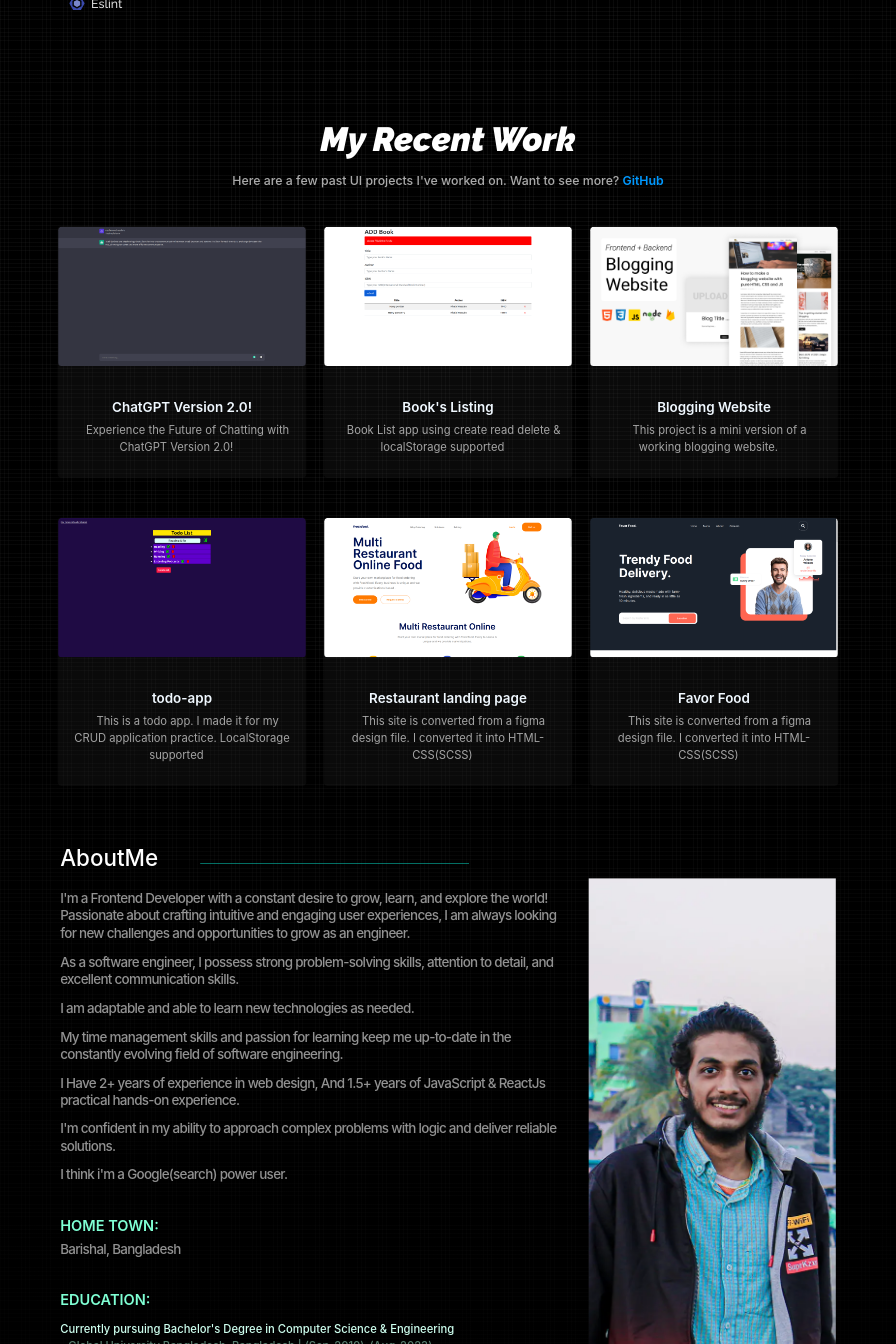
Repository: badhon252/my-portfolio
Page: /
An editor plug-in stored every save of this project. The page is shown before and after the next save, followed by the edit.
The browser window is 1280 px wide. The pictures show the part of the page from y = 1537 to 3457 px (the page is 3768 px tall before and 3772 px after), at 70% of full size.
Some web fonts or font styles are not loaded; a fallback is used. The project was rebuilt for these pictures with package versions that can differ from the ones it lists, and the page was loaded fresh each time.

Above is the page before, as saved 2023-02-14 20:25:56.

### public/index.html
<!DOCTYPE html>
<html lang="en">

<head>
    <meta charset="utf-8" />
    <meta name="viewport" content="width=device-width, initial-scale=1.0" />
    <meta name="theme-color" content="#000000" />
    <link rel=" stylesheet " href=" https://cdnjs.cloudflare.com/ajax/libs/font-awesome/6.2.1/css/all.min.css ">
    <!-- For google search engines  -->
    <meta name="google-site-verification" content="pFRaVUB3Vqtpp7CYJiHCBl35aQ6s2zmKJ89Zh2XF5rQ" />
    <meta name="description"
        content="I'm Khalid Hossain Badhon, I'm a experienced Frontend Web Application developer with more than 2years of hands on experienced. Front-end engineers, Front-end development, reactjs developer, javascript developer" />
    <!--  Bootstap== -->
    <link rel=" stylesheet " href=" https://cdn.jsdelivr.net/npm/bootstrap@5.3.0-alpha1/dist/css/bootstrap.min.css ">

    <!-- Google fonts  -->
    <link rel="stylesheet"
        href="https://fonts.googleapis.com/css2?family=Raleway:ital,wght@0,300;0,400;0,500;0,600;0,700;0,800;0,900;1,500;1,600;1,900&display=swap">

    <title>Khalid Hossain Badhon | Frontend Developer</title>
</head>

<body>
    <div id="root"></div>

    <script src=" https://cdn.jsdelivr.net/npm/bootstrap@5.3.0-alpha1/dist/js/bootstrap.bundle.min.js "></script>
    <!-- <script src=" https://platform.linkedin.com/badges/js/profile.js " async defer type=" text/javascript "></script> -->

</body>

</html>

### src/index.css
* {
    margin: 0;
    padding: 0;
    box-sizing: border-box;
}

html {
    --scrollbarBG: #2f2f2f;
    --thumbBG: #808080;
}

body {
    margin: 0;
    font-family: -apple-system, BlinkMacSystemFont, 'Segoe UI', 'Roboto', 'Oxygen', 'Ubuntu', 'Cantarell', 'Fira Sans', 'Droid Sans', 'Helvetica Neue', sans-serif;
    -webkit-font-smoothing: antialiased;
    -moz-osx-font-smoothing: grayscale;
    background-color: #000000;
    background-image: radial-gradient(circle at center center, transparent 0%, rgb(0, 0, 0) 99%), repeating-linear-gradient(0deg, rgba(163, 163, 163, 0.07) 0px, rgba(163, 163, 163, 0.07) 1px, transparent 1px, transparent 6px), repeating-linear-gradient(90deg, rgba(163, 163, 163, 0.07) 0px, rgba(163, 163, 163, 0.07) 1px, transparent 1px, transparent 6px), linear-gradient(90deg, rgb(0, 0, 0), rgb(0, 0, 0));
    color: #ffffff;
    scrollbar-width: thin;
    scrollbar-color: var(--thumbBG) var(--scrollbarBG);
}

body::-webkit-scrollbar {
    width: 12px;
}

body::-webkit-scrollbar-track {
    background: var(--scrollbarBG);
}

body::-webkit-scrollbar-thumb {
    background-color: var(--thumbBG);
    border-radius: 6px;
    border: 3px solid var(--scrollbarBG);
}

### src/Components/Home/Home.jsx
import AboutMe from "./AboutMe/AboutMe";
// import Footer from "./Footer/Footer";
import Header from "./Header/Header";
import Projects from "./Project/Projects";
import Skill from "./Skill/Skill";


export default function Home() {
  return (
    <div id="home">
        <Header />
        <Skill/>
        <Projects/>
        <AboutMe/>
        {/* <Footer/> */}

    </div>
  )
}

### src/Components/Home/Header/Header.jsx
import React from 'react'
import HeaderContent from './HeaderContent/HeaderContent'
import Navbar from './Navbar/Navbar'
import Classes from './Header.module.css'

export default function Header() {
  return (
    <header className={Classes.header}>
      <Navbar/>
      <HeaderContent/>
    </header>
  )
}

### src/Components/Home/Skill/Skill.jsx
import "./Skill.css"
import SkillSet from "./SkillSet";
const SkillEfficiency = () => {
    return (
       <section id="skill" >
        <div className="container">
            <div className="d-flex justify-content-center">
                    <h1 className="skillSet__title"> My Skills Set </h1>
            </div>
            <div className="skillSet__title__line">
                <div className="skillSet__title__line__inner">
                    I'm a experienced Frontend Web Application developer with more than 2 years of hands on experience. <br />
                    I am adaptable and able to learn newtechnologies as needed.
                </div>
            </div>
            <SkillSet/>
        </div>
       </section>
    );
}

export default SkillEfficiency;

### src/Components/Home/AboutMe/AboutMe.css
#about {
    padding: 2rem 1rem;
    min-height: 100vh;
}

#about p {
    font-size: 1.2em;
    font-weight: 500;
    margin-bottom: 1rem;
    color: rgba(255, 255, 255, 0.568);
    line-height: 1.3;
    letter-spacing: -1px;
}

#about h1 {
    color: #fcfcfc;
    font-size: 2.5em;
}

#about p:hover {
    color: #fcfcfc;
    cursor: text;
}

.aboutMe_titile::after {
    content: "";
    display: block;
    position: relative;
    top: -13px;
    width: 30vw;
    height: 1px;
    margin-left: 200px;
    background-color: rgba(9, 250, 227, 0.63);
}


/* Hometown ======== */

.homeTown_title {
    font-size: 1.3em;
    font-weight: 600;
    color: aquamarine;
    font-weight: 600;
}


/* .homeTown_title i {
    color: rgb(255, 255, 255);
    font-size: 1.2rem;
    width: 100%;
} */


/* edu ========== */

.crt_title,
.edu_title {
    font-size: 1.3em;
    font-weight: 600;
    color: aquamarine;
}

#about h4 {
    font-size: 1em;
    font-weight: 500;
    color: rgb(206, 255, 239);
    line-height: 1.5;
}

#about h4 span {
    color: rgb(88, 126, 111);
}

#about h4 span:hover {
    color: rgb(255, 255, 255);
}

#about h4 a {
    color: rgb(88, 126, 111);
    text-decoration: none;
}

### src/Components/Home/Header/HeaderContent/HeaderContent.jsx
import Badhon from "../../../../Assets/Images/badhon-color.png";
import HeroSection from './HeroSection'
import Classes from "./Header.module.css";

export default function HeaderContent() {
  return (
      <div className="container" >
        <div className={Classes.headerContainer}>

          <div className="row my-5" >
              <div className="col-md-4">
                <img src={Badhon} alt="Badhon" className="img-fluid w-100 px-2" />
              </div>
              <div className="col-md-8 py-5 d-flex flex-column">
                <HeroSection />
              </div>
          </div>
        </div>
      </div>
  )
}

### src/Components/Home/Header/Navbar/Navbar.jsx
import "./Navs/Navs.css"
import "./Navbar.css"
import Nav from './Navs/Nav/Nav'
// import NavbarBrand from './NavbarBrand/NavbarBrand'
// import LinkedIn from './Navs/LinkedIn/LinkedIn'
// import GitHub from './Navs/GitHub/Github'

export default function Navbar() {
  return (
    <div className='navBar borderBottom container-fluid'>
            <Nav/>
         {/* <div className='navBar'>
            <LinkedIn/>
            <GitHub/>
         </div> */}
    </div>
  )
}

### src/Components/Home/Header/Header.module.css
.header {
    color: aliceblue;
    padding: 0 1rem;
}

### src/Components/Home/Project/ProjectCard.jsx
import CardImgLink from "./Card_img__link"
import "./Projects.css"

export default function ProjectCard(props) {

  function stacks(){
    return props.stack.map((item, index) => {
      return <span className="stack" key={index}>#{item}</span>
    })
  }

  return (
    <div className="card my-1" id="card">
          <div className="card-img">
            <a href={props.preview} >
              <img src={props.img} className="card-img-top img-fluid" alt={props.title}/>
              <CardImgLink preview={props.preview} link={props.link}/>
            </a>
          </div>
        <div className="card-body">
          <div className="stacks">
             {stacks()}
          </div>

            <h5 className="card-title my-2">{props.title}</h5>
            <span className="card-text py-5 px-3">{props.text}</span>

        </div>
    </div>
  )
}

### src/Components/Home/Project/Projects.css
 #card {
     background-color: #2c2d2c3a;
     /* width: 18rem */
     overflow: hidden;
     color: aliceblue;
     position: relative;
     text-align: center;
     transition: .4s;
 }

 #card:hover {
     /* width: 18rem */
     overflow: hidden;
     text-align: center;
     box-shadow: 5px 5px 50px rgba(53, 255, 3, 0.193);
     transform: translateY(-25px);
 }

 #card:hover span {
     color: aliceblue;
 }

 .card-img {
     overflow: hidden;
 }

 .img-fluid {
     border-radius: 0%;
     width: 100%;
     height: 100%;
     object-fit: cover;
     object-position: center;
     transition: 0.5s;
 }

 #card:hover .card-img-top {
     border-radius: 0;
     transform: scale(1.1);
 }
 /* Path: src/Components/Home/Project/Projects.css */

 .project__title {
     color: rgba(255, 255, 255, 0.664);
     text-align: center;
 }

 .project__title-text h1 {
     font-family: 'Raleway', sans-serif;
     font-size: 3em;
     font-weight: 900;
     font-style: italic;
     margin-bottom: 1rem;
     color: #fff;
     margin-top: 70px;
     display: inline-block;
 }

 .project__title__line {
     font-weight: 500;
     font-size: 1.1rem;
 }

 .project__title__line a {
     color: #0099ff;
     text-decoration: none;
     font-weight: 600;
 }

 .project__title__line a:hover {
     color: #1da5ff;
     text-decoration: underline;
 }

 .card_img__link {
     align-items: center;
     background-color: rgba(0, 0, 0, 0.332);
     border-radius: 5px;
     display: flex;
     justify-content: flex-end;
     position: absolute;
     right: 0;
     top: 0;
     bottom: 0;
     left: 0;
     transition: .5s;
     opacity: 0;
 }

 #card:hover .card_img__link {
     opacity: 1;
 }

 .card_img__link a {
     color: #dbdbdb;
     text-decoration: none;
     font-weight: 700;
     margin: 0 .5rem;
 }

 .card_img__link a:hover {
     color: #eae8ff;
     text-decoration: none;
     font-weight: 700;
 }

 .card_img__link i {
     color: #fff;
 }

 .card_img__link i:hover {
     color: rgb(0, 157, 255);
 }
 /* .githubIcon {
    right: 5px;
}

.redirect {
    max-width: 40px;
    margin-top: 6px;
    color: #0099ff;
} */

 .card-body {
     z-index: 111;
     padding-bottom: 2rem;
 }

 .card-body h5 {
     font-size: 1.2rem;
     font-weight: 600;
     margin: 0;
 }

 .card-body .stacks {
     margin: 0;
     opacity: 0;
     transition: 0.5s;
 }

 #card:hover .stacks {
     opacity: 1;
 }

 .card-body .stack {
     display: inline;
     font-size: .8rem;
     font-weight: 600;
     color: #ffffff;
     background-color: rgb(73, 73, 73);
     margin: .1rem;
     border-radius: 5px;
     text-align: left;
 }

 .card-text {
     color: #dbdbdbbb;
 }

 .card-text:hover {
     color: #eae8ff;
 }

### src/Components/Home/Skill/Skill.css
/* .skills {
    margin: 4rem 0 2rem 0;
    display: flex;
    justify-content: space-around;
    flex-wrap: wrap;
    gap: 2rem;
    height: 80vh;
    overflow: hidden;
} */

#skill {
    min-height: calc(100vh - 70px);
    font-family: 'Raleway', sans-serif;
}

.skillSet__title__text h2 {
    font-size: 1.5em;
    font-weight: 600;
    margin-bottom: 1rem;
    display: inline-block;
}

.skillSet__title__text h2::after {
    content: "";
    display: block;
    height: 4px;
    transition: .5s;
    width: 0;
    background: rgb(255, 14, 118);
}

.skillSet:hover .skillSet__title__text h2::after {
    width: 100%;
}

.skillSet li {
    list-style-type: none;
    margin: 0.5rem 1rem;
    color: #ffffffda;
    transition: .4s;
    display: flex;
    align-items: center;
    padding: .5rem 0;
    font-size: 1.1em;
    font-weight: 500
}

.skillSet li img {
    width: 1.5rem;
    margin-right: 0.5rem;
}

.skillSet:hover li {
    color: #ffffff;
    transform: translateY(-5px);
}

.skillSet:hover li img {
    transform: scale(1.2);
}


/* .skillSet:hover {
    background: linear-gradient(90deg, rgba(9, 255, 5, 0.5) 0%, rgba(255, 0, 0, 0.5) 100%);
    box-shadow: 0 0 10px 0 rgba(255, 255, 255, 0.5);
} */

.skillSet__title {
    font-weight: 900;
    font-style: italic;
    font-size: 3em;
    margin-top: 70px;
}

.skillSet__title::after {
    content: "";
    display: block;
    height: 4px;
    transition: .6s;
    width: 0;
    background: linear-gradient(202deg, rgb(5, 255, 1) 20%, rgb(255, 14, 118) 50%, rgb(0 4 255) 100%);
}

#skill:hover .skillSet__title::after {
    width: 100%;
}

.skillSet__title__line {
    font-size: 1.3rem;
    font-weight: 800;
    color: rgba(255, 255, 255, 0.63);
    text-align: center;
    margin: 1rem 0;
}

.skillSet__title__line__inner {
    font-family: 'Raleway', sans-serif;
    margin: 1.3em 0 3em 0;
    font-size: 1em;
    font-weight: 500;
    line-height: 1.5;
    color: #ffffff;
}

.skillSet {
    margin: 1rem 0;
}


/* Generated code  */


/* .wave-container {
    height: 40vh;
    background-color: #000000;
    position: relative;
}

.wave-container::before {
    content: "";
    width: 100%;
    height: 135px;
    position: absolute;
    bottom: -0.3%;
    left: 0;
    background-size: auto;
    background-repeat: repeat no-repeat;
    background-position: 54vw bottom;
    background-image: url("data:[embedded picture, 356 characters]");
}

@media(max-width:850px) {
    .wave-container::before {
        height: 67.5px
    }
} */

### src/Components/Home/Header/HeaderContent/HeroSection.jsx
import Classes from "./Header.module.css";
// import Name from "./Name";

export default function HeroSection() {
  return (
    <div className={Classes.heroSection}>
          <h2 className={Classes.h2}>Hi, I'm</h2>
          <h1 className={Classes.myName}>
            <span>
              Khalid Hossain.
            </span>
          </h1>
          {/* <Name/> */}
          <div className={Classes.bio}>
            I’m a <span>Frontend Developer with a constant desire to grow, learn, and explore the world!</span> Passionate about crafting intuitive and engaging user experiences,
            I am always looking for new challenges and opportunities to grow as an engineer.
          </div>

          <a className={Classes.resume} href="https://drive.google.com/file/d/1dNWfd7X8CYs_9THDZo58HHKVKzD8WfeY/view?usp=share_link" target="_blank" rel="noreferrer">
              See my Resume <i className="fa-solid fa-arrow-up-right-from-square"></i>
          </a>

    </div>
  );
}

### src/Components/Home/Header/HeaderContent/Header.module.css
@import url('https://fonts.googleapis.com/css2?family=Unbounded:wght@400;500;600;700;800;900&display=swap');
.headerContainer {
    min-height: calc(100vh - 70px);
    width: 100%;
    display: flex;
    justify-content: center;
    align-items: center;
    flex-direction: column;
    position: relative;
    overflow: hidden;
}

.heroImage {
    max-width: 100%;
    object-fit: cover;
    height: auto;
    box-sizing: border-box;
    overflow: hidden;
    /* border-radius: 30% 70% 64% 36% / 44% 42% 58% 56%; */
}

.myName {
    text-transform: uppercase;
    letter-spacing: 0.5em;
    display: inline-block;
    margin: 0 0 1rem 0;
}

.myName span {
    font: 700 1.5em/1 "Unbounded", sans-serif;
    letter-spacing: 0;
    padding: 0.25em 0 0.325em;
    text-shadow: 0 0 80px rgba(255, 255, 255, 0.5);
    /* Clip Background Image */
    background: url(https://i.ibb.co/RDTnNrT/animated-text-fill.png) repeat-y;
    -webkit-background-clip: text;
    background-clip: text;
    /* Animate Background Image */
    -webkit-text-fill-color: transparent;
    -webkit-animation: animate 80s linear infinite;
    /* Activate hardware acceleration for smoother animations */
    -webkit-transform: translate3d(0, 0, 0);
    -webkit-backface-visibility: hidden;
}


/* Animate Background Image */

@keyframes animate {
    0% {
        background-position: 0% 50%;
    }
    100% {
        background-position: 100% 50%;
    }
}

.heroSection:hover .myName {
    text-shadow: 0 0 12px #24fbdd;
}

.h2 {
    font-size: 1.5em;
    font-family: 'Unbounded', cursive;
    margin: 1rem 0;
    line-height: 1;
    color: #ff006f;
    font-weight: 600;
}


/* #about p:hover h2 {
    text-shadow: 0 0 12px #24fbdd;
} */

.bio {
    font-size: 1.3em;
    color: rgba(255, 255, 255, 0.653);
    line-height: 1.4;
    font-family: 'Titillium Web', sans-serif;
    font-weight: 600;
    margin: 2rem 0;
}

*::selection {
    background-color: #f2ff00;
    color: #000000;
}

.bio span {
    font-style: italic;
    color: #fcfcfc;
}


/* bio text animations  */

.center {
    width: 100%;
    height: 100vh;
    display: flex;
    justify-content: center;
    align-items: center;
}

.char {
    font-size: 40px;
    height: 40px;
    animation: an 1s ease-out 1 both;
    display: inline-block;
}

@keyframes an {
    from {
        opacity: 0;
        transform: perspective(500px) translate3d(-35px, -40px, -150px) rotate3d(1, -1, 0, 35deg);
    }
    to {
        opacity: 1;
        transform: perspective(500px) translate3d(0, 0, 0);
    }
}

.mylink {
    position: absolute;
    z-index: 150;
    bottom: 0;
    right: 0;
    width: 100%;
    text-align: right;
    padding: .6rem;
}


/*! resume  */

.resume {
    padding: .9rem 1.8rem;
    border: 1px solid #09ff01;
    font-size: 1rem;
    font-weight: 500;
    margin-top: 1rem;
    outline: none;
    border-radius: 5px;
    background: none;
    color: #fcfcfc;
    transition: .5s;
    cursor: pointer;
    text-decoration: none;
    display: inline-block;
}

.resume:hover {
    color: rgb(7, 7, 7);
    background-color: rgb(0, 255, 21);
}

.resume:active {
    transform: scale(0.95);
}

### src/Components/Home/Header/Navbar/Navs/Navs.css
.flexRow {
    display: flex;
    justify-content: space-between;
    align-items: center;
    flex-wrap: wrap;
    gap: 2rem;
}

.me_1 {
    margin-right: 1rem;
}

img {
    width: 2rem;
    height: 2rem;
    border-radius: 50%;
}

.navbar-brand {
    /* background: #FFFF00;
    background: linear-gradient(to left, #FFFF00 0%, #05C1FF 50%, #FFFF00 100%);
    -webkit-background-clip: text;
    -webkit-text-fill-color: transparent; */
    color: aqua;
    font-size: 1.5rem;
    font-weight: 600;
    text-decoration: none;
    font-family: "Poppins", sans-serif;
}

### src/Components/Home/Header/Navbar/Navbar.css
.boxShadow {
    -webkit-box-shadow: 0px 22px 40px -37px rgba(255, 255, 255, 1);
    -moz-box-shadow: 0px 22px 40px -37px rgba(255, 255, 255, 1);
    box-shadow: 0px 22px 40px -37px rgba(255, 255, 255, 1);
}

.borderBottom {
    border-bottom: 1px solid #f6f6f612;
}

### src/Components/Home/Header/Navbar/Navs/Nav/Nav.jsx
import logo from "../../../../../../Assets/icons/logo.svg"
import SocialIcons from "../../../../Icons/SocialIcons"
import "./../Navs.css"
import "./Nav.css"

export default function Nav() {

  return (
    <nav className="navbar navbar-expand-lg">
      <div className="container-fluid">
        <a className="navbar-brand" href="#home">
          <img className="img-fluid" src={logo} alt="@badhon252" />
        </a>
        <button className="navbar-toggler" type="button" data-bs-toggle="collapse" data-bs-target="#navbarNav" aria-controls="navbarNav" aria-expanded="false" aria-label="Toggle navigation">
          <i className="fa-solid fa-bars"></i>
        </button>
        <div className="collapse navbar-collapse" id="navbarNav">
          <ul className="navbar-nav mx-auto">
            <li className="nav-item">
              <a className="nav-link" aria-current="page" href="#home"><i className="fa-solid fa-house"></i> Home</a>
            </li>
            <li className="nav-item">
              <a className="nav-link" href="#skill"><i className="fa-solid fa-code"></i> Expertise</a>
            </li>
            <li className="nav-item">
              <a className="nav-link" href="#projects"><i className="fa-solid fa-briefcase"></i> Projects</a>
            </li>
            <li className="nav-item">
                <a className="nav-link" href="#about"><i className="fa-solid fa-address-card"></i> About</a>
            </li>
            <li className="nav-item">
                <a className="nav-link" href="#contact"><i className="fa-solid fa-address-book"></i> Contact</a>
            </li>
          </ul>
          <div className="d-flex">
        <SocialIcons />
          </div>
        </div>
      </div>
    </nav>
  )
}

### src/Components/Home/Project/Card_img__link.jsx
// import githubIcon from "../../../Assests/icons/github.png"
// import redirect from "../../../Assests/icons/redirect.svg"
import "./Projects.css"
export default function Card_img__link(props) {

  return (
     <div className="card_img__link">
              <a href={props.link} target="_blank" rel="noreferrer" >
               <i className="fa-brands fa-github-alt"></i>
              </a>
              <a href={props.preview} target="_blank" rel="noreferrer" >
                  <i className="fa-solid fa-arrow-up-right-from-square redirect"></i>
              </a>

    </div>
  )
}

### src/Components/Home/Icons/SocialIcons.jsx
import "./SocialIcons.css"
import gmailIcon from "../../../Assets/icons/gmail.svg"

export default function SocialIcons() {
  return (
    <div className='icons'>
      <a href="mailto:dev.khalidhossain@gmail.com" target="_blank" rel="noreferrer">
         <img src={gmailIcon} alt="gmail" className="img-fluid" />
      </a>
      <a href="https://www.linkedin.com/in/khalidhossainbadhon/" target="_blank" rel="noreferrer">
         <i class="fa-brands fa-linkedin"></i>
      </a>
      <a href="https://github.com/badhon252" target="_blank" rel="noreferrer">
         <i class="fa-brands fa-github"></i>
      </a>
    </div>
  )
}

### src/Components/Home/Header/Navbar/Navs/Nav/Nav.css
.navBar {
    flex-wrap: wrap;
    position: fixed;
    top: 0;
    right: 0;
    left: 0;
    background-color: #000000dc;
    z-index: 1111111;
    text-align: center;
    box-sizing: border-box;
}

.navbar.navbar-expand-lg {
    padding: 0;
}

.navbar-nav {
    list-style-type: none;
    display: flex;
    justify-content: space-between;
}

.navbar-nav li a {
    text-decoration: none;
    color: rgba(255, 255, 255, 0.703);
    font-size: 1.1em;
    font-weight: 600;
    transition: all 0.3s ease-in-out;
    margin: 0 1rem;
}

.navbar-nav li a:hover {
    color: #ffffff;
}

.navbar-nav li a.active {
    color: #ff00fb;
}

.navbar-nav li a.active:hover {
    color: #f1f1f1;
}

.fa-brands,
.fab {
    font-weight: 400;
    font-size: 1.5rem;
    color: #fff;
}

.fa-bars {
    color: #fff;
}

.navbar-brand .img-fluid {
    max-width: 60px;
    max-height: 60px;
}

.navbar-brand:hover img {
    transform: scale(1.1);
}

.navbar-nav .nav-item .nav-link::after {
    content: "";
    display: block;
    height: 2px;
    width: 1.1em;
    background: #ff0672fc;
    transition: all 0.6s cubic-bezier(0.18, 0.89, 0.32, 1.28);
}

.navbar-nav .nav-item .nav-link:hover::after {
    width: 100%;
}

### src/Components/Home/Icons/SocialIcons.css
.icons {
    display: flex;
    align-items: center;
    box-sizing: border-box;
}

.icons a {
    max-height: 2.5rem;
    max-width: 2.5rem;
    padding: 8px;
    border-radius: 50%;
}

.icons a:hover {
    background-color: rgba(85, 85, 85, 0.402);
}

.icons a:nth-child(2) {
    margin: .5rem;
}

.fa-linkedin {
    color: #5dd4ff!important;
}

Loaded but not shown: src/index.js (common file); src/reportWebVitals.js (common file); src/App.js (11 lines, source omitted); src/Components/Home/Project/Projects.jsx (88 lines, source omitted); src/Components/Home/Skill/SkillSet.jsx (66 lines, source omitted); src/Components/Home/AboutMe/AboutMe.jsx (62 lines, source omitted)

After the next save:
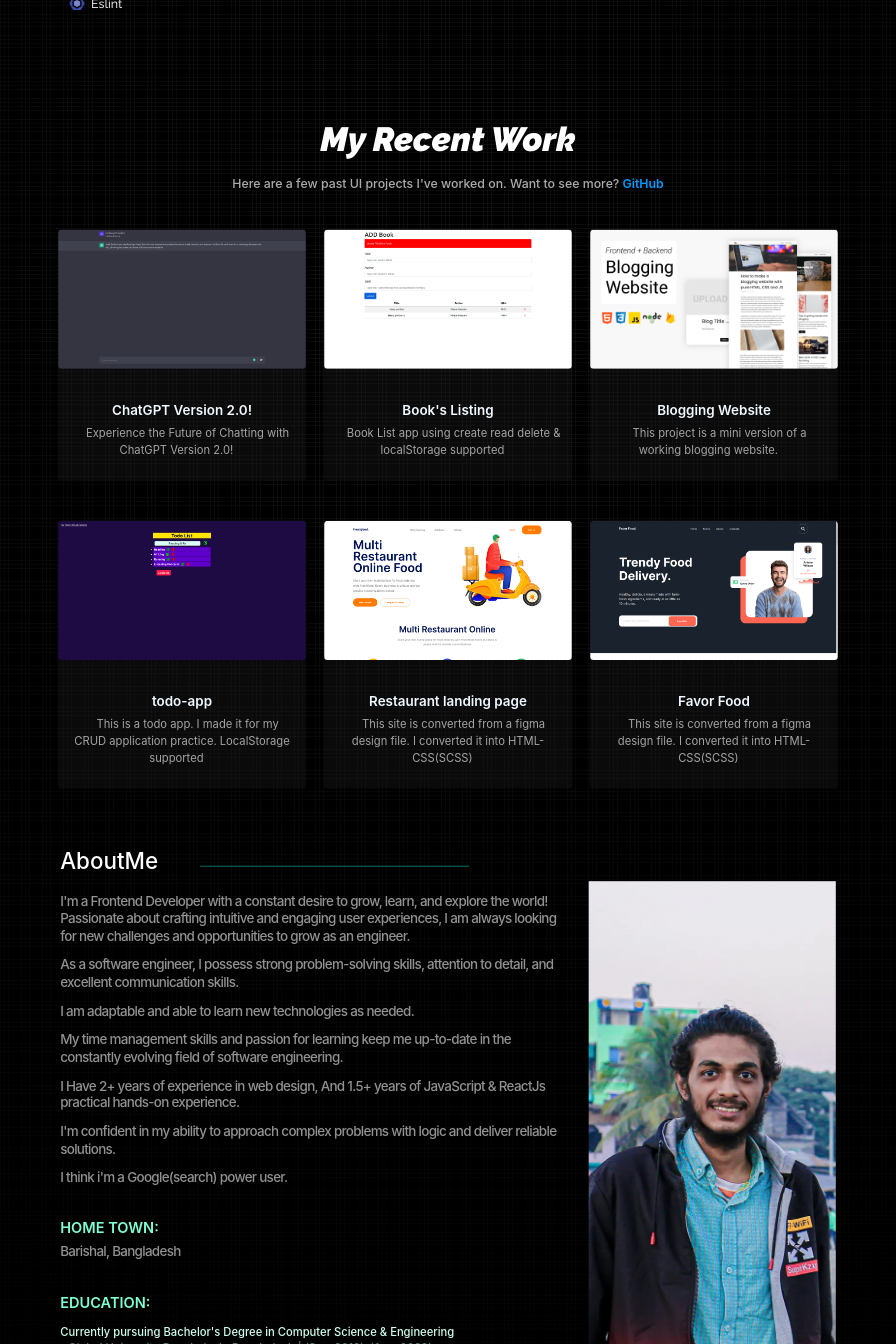
Saved 45 s later.
--- a/src/Components/Home/Project/Projects.css
+++ b/src/Components/Home/Project/Projects.css
@@ -53,6 +53,15 @@
      color: #fff;
      margin-top: 70px;
      display: inline-block;
+ }
+
+ .project__title-text h1::after {
+     content: "";
+     display: block;
+     height: 4px;
+     transition: .5s;
+     width: 0;
+     background: rgb(255, 14, 118);
  }
 
  .project__title__line {
